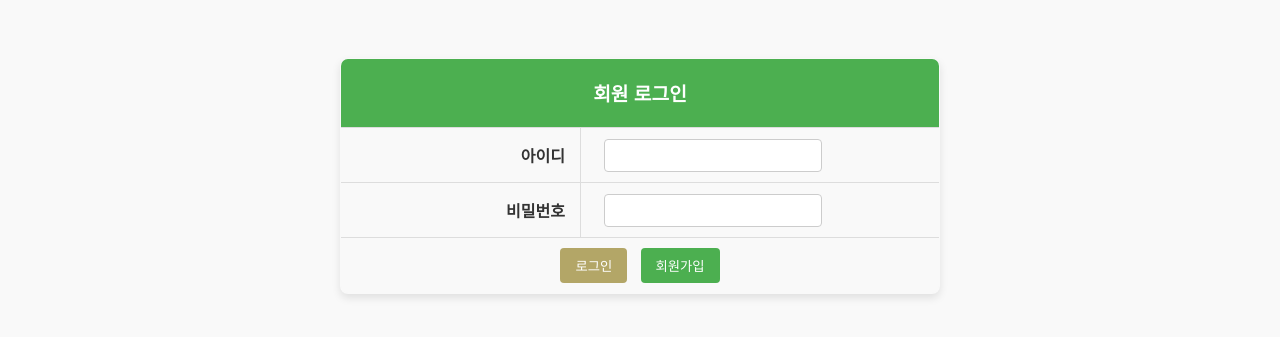
Repository: skeaze7496-max/HomePage
Page: http://localhost/ServletProject/memberone/login.jsp
The author's editor kept a copy of each file at every save. The page is drawn from the files as they stood at one save, then again after the next save.
The browser window is 1280 px wide. The pictures show the whole page.
The page is served by Tomcat 9. Nobody is signed in. The application's start-up code is not run.

Above is the page before, as saved 2026-06-04 03:55:50.

After the next save:
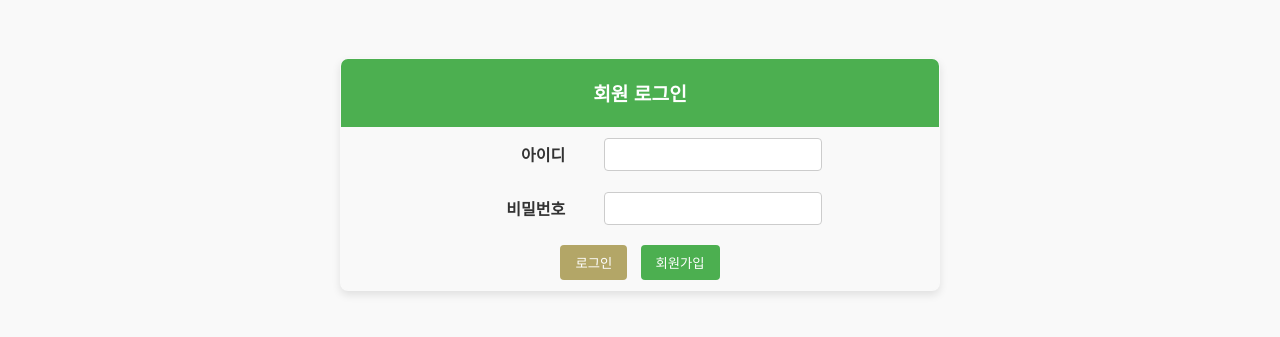
Saved 10 s later.
--- a/ServletProject/src/main/webapp/memberone/login.jsp
+++ b/ServletProject/src/main/webapp/memberone/login.jsp
@@ -12,7 +12,7 @@
 </head>
 <body>
 <% if(loginID != null){ //로그인이 되었을경우%>
-<table border="1">
+<table>
 	<tr>
 		<td colspan="3" align="center"><%=loginID %>님 환영합니다.</td>
 	</tr>
@@ -24,7 +24,7 @@
 </table>
 <%} else {//로그인 실패시 %>
 <form action="loginProc.jsp" method="post">
-<table border="1" >
+<table>
 	<tr>
 		<td colspan="2" align="center">회원 로그인</td>
 	</tr>
